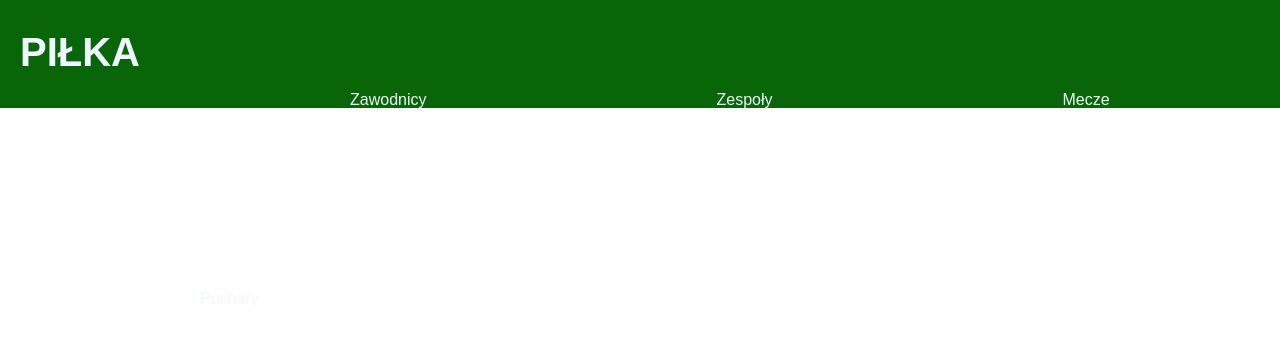
Repository: ZABA78/PAZW
Page: index.html
An editor plug-in stored every save of this project. The page is shown before and after the next save, followed by the edit.
The browser window is 1280 px wide. The pictures show the whole page.
Some web fonts or font styles are not loaded; a fallback is used.

Above is the page before, as saved 2023-10-17 14:07:16.

After the next save:
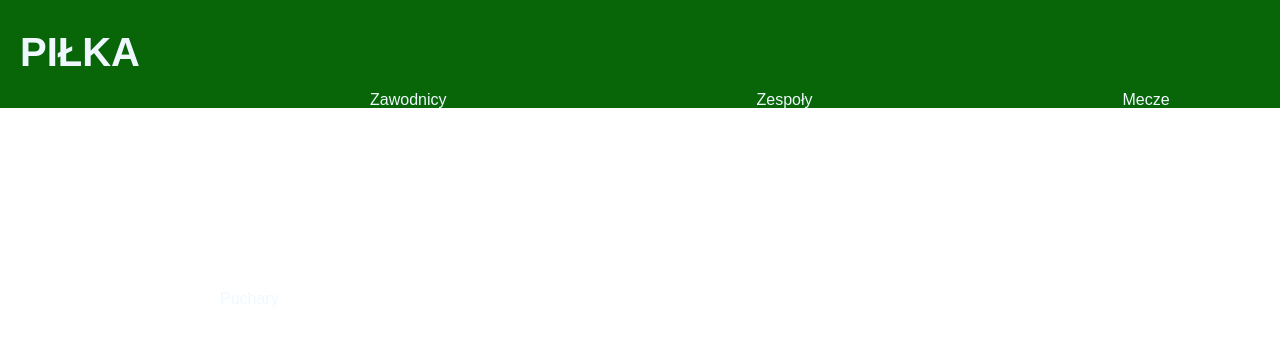
Saved 7 s later.
--- a/style.css
+++ b/style.css
@@ -31,7 +31,7 @@ padding: 90px;
 text-align: center;
 margin-top: 1px;
 float: left;
-margin-left: 110px;
+margin-left: 130px;
 text-decoration: none;
 color: aliceblue;
 }
